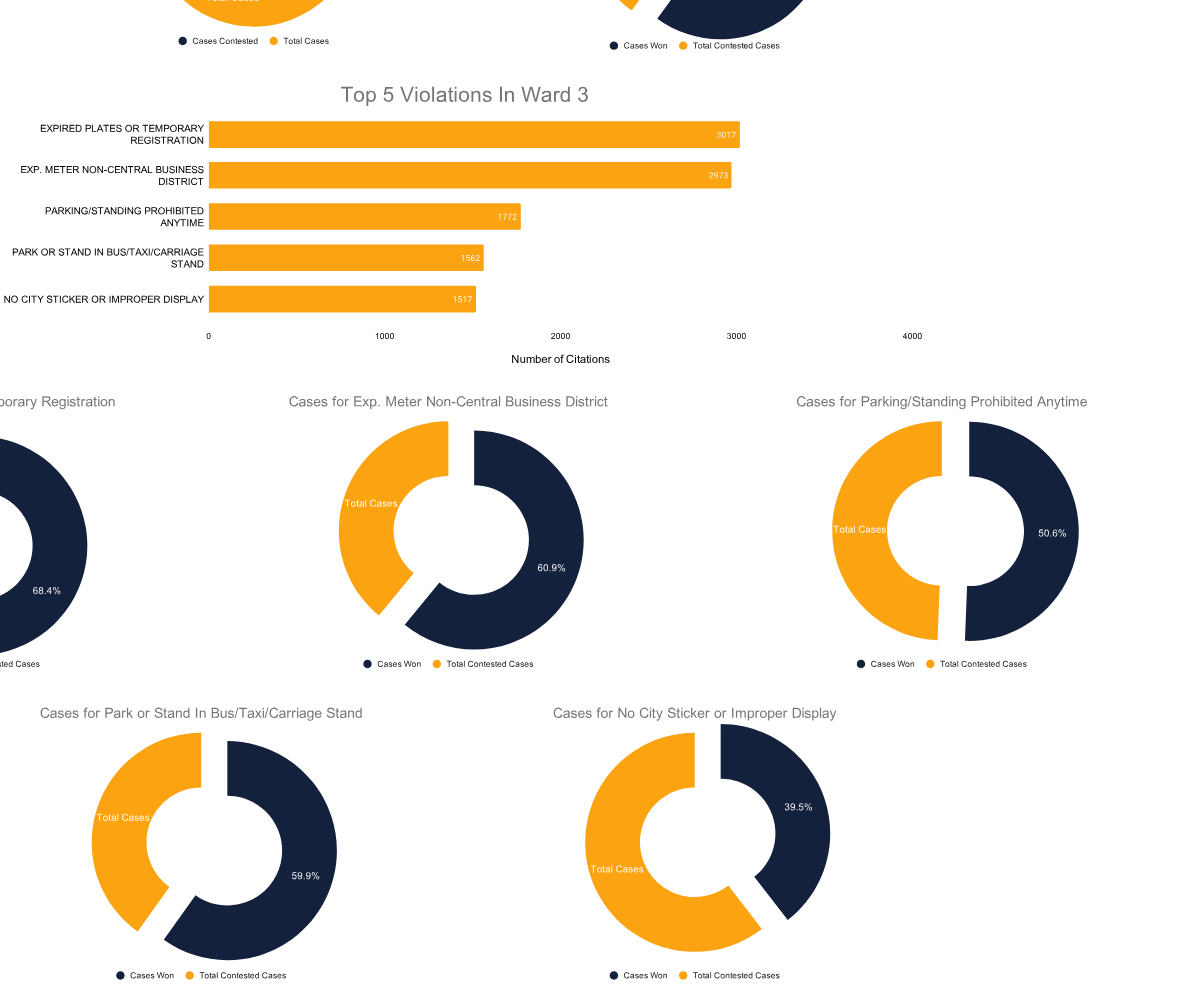
Repository: rdass1/COM421-FinalProject
Page: Website/index.html
An editor plug-in stored every save of this project. The page is shown before and after the next save, followed by the edit.
The browser window is 1280 px wide. The page is 1698 px wide, then 1348 px, then 1698 px, so the pictures cover 1698 px, including what lies to the right of the window. The pictures show the part of the page from y = 1426 to 2866 px (the page is 2866 px tall before and 2032 px after), at 70% of full size.

Above is the page before, as saved 2021-05-12 05:07:05.
Console error: TypeError: Cannot read properties of undefined (reading 'style')

### Website/index.html
<!DOCTYPE html>
<html>
    <head>
        <meta charset="UTF-8">
        <meta name="description" content="Take It To the Streets is a non-profit organization that helps people find information on how to fight their tickets. ">
        <meta name="author" content="Group 2">
        <meta name="viewport" content="width=device-width, initial-scale=1.0">
        <link rel="stylesheet" type="text/css" href="css/index.css">
        <script src="javascript/index.js"></script>
        <title>Take It To The Streets</title>
    </head>
    <body class = "container">
        <div class="header">
            <div id = "navbar">
                <nav>
                    <ul>
                        <li><a href="#about">About</a></li>
                        <li><a href="#statistics">Statistics</a></li>
                        <li><a href="#resources">Resources</a></li>
                        <li><a href="#contact">Contact</a></li>
                    </ul>

                </nav>
            </div>
        </div>
        <div id="home" class="home-image">
            <div id="title">
                <h1>Stand Your Ground</h1>
                <h2>Learn how you can fight back</h2>
            </div>

        </div>
        <div id="about">
            <h3>About</h3>
            <p>Have you ever received a ticket and we're unable pay the ticket? Did you know that you can contest all tickets you receive in court! This may seem like a very challenging task, but <em>Take It To The Streets</em> is here to help! We'll take you through the step by step process in order to fight for your ticket. We're on your side and will make sure you get the best possible outcome you can. Still not convinced? Check out the statistics in your area(ward 3). </p>
        </div>
        <div id="statistics" class="statistics-container">
            <div id="statistics-container-item-header"><h3>Statistics</h3></div>
            <div id="statistics-container-item-1">
                <img src="images/Cases Contested Vs Total Cases.svg">
            </div>
            <div id="statistics-container-item-2">
                <img src="images/Cases Won Vs Total Contested Cases.svg">
            </div>
            <div id="statistics-container-item-3">
                <img src="images/Top 5 Violations In Ward 3.svg">
            </div>

            <div id="statistics-container-item-4">
                <div class="statistics-container-item-4-flex">
                    <div class ="statistics-container-item-4-flex-container">
                        <img src="images/Cases for Expired Plates or Temporary Registration.svg">
                    </div>
                    <div class ="statistics-container-item-4-flex-container">
                        <img src="images/Cases for Exp. Meter Non-Central Business District.svg">
                    </div>
                    <div class ="statistics-container-item-4-flex-container">
                        <img src="images/Cases for Parking_Standing Prohibited Anytime.svg">
                    </div>

                </div>

            </div>
            <div id="statistics-container-item-5">
                <div class="statistics-container-item-4-flex">
                    <div class ="statistics-container-item-4-flex-container">
                        <img src="images/Cases for Park or Stand In Bus_Taxi_Carriage Stand.svg">
                    </div>
                    <div class ="statistics-container-item-4-flex-container">
                        <img src="images/Cases for No City Sticker or Improper Display.svg">
                    </div>

                </div>

            </div>
            <!-- <div id="statistics-container-item-7">

            </div>
            <div id="statistics-container-item-8">

            </div> -->
        </div>
    </body>
</html>

### Website/css/index.css
html{
    scroll-behavior: smooth;
    font-family: 'Gill Sans', 'Gill Sans MT', Calibri, 'Trebuchet MS', sans-serif;
}

.container{
    margin:0px;
    display:grid;
    grid-template-columns: 1fr;
}

.header{
    background-color: #fca311;
    width: 100%;
    display: flex;
    justify-content: flex-start;
    margin: 0px;
    padding: 0px;
    z-index: 100;
}

#navbar nav{
    display: flex;


}

#navbar ul{
    height:inherit;
    margin: 0px;
    padding: 0px;
    overflow: hidden;
    list-style: none;
}

#navbar li{
    margin: 0px;
    font-size: 1.5rem;
    float:left;

}

#navbar a{
    display: block;
    color: white;
    text-decoration: none;
    padding: 20px 20px 20px 20px;
}

#navbar li:hover{
    background-color: #cf323f;
}


.home-image{
    display: grid;
    width:100%;
    height:60vh;
    background-image: url("/Website//images/pic5.png");
    background-repeat: no-repeat;
    background-size: cover;
    background-position: 0% 100%;

    grid-template-columns: auto;
    grid-template-rows: auto;
    grid-template-areas:
    ". . . . . . ."
    ". . header . . . ."
    ". . . . . . ."
    ". . . . . . ."


    ;

}


#title{
    grid-area: header;
}

#title h1{
    font-size: 8rem;
    color:white;
    margin: 0px;
    padding: 0px;
    text-shadow: 2px 2px 15px #2e2e2e;
}

.home-image h2{
    margin: 0px;
    padding: 0px;
    font-size: 3rem;
    color:white;
    text-shadow: 2px 2px 15px #2e2e2e;
}





.home-image img{
    width: 100%;
    height: 60%;
    object-fit: cover;
    object-position: 0px 100%;
    z-index: 10;
}



#about h3{
    text-align: center;
    font-size: 3rem;
    margin-bottom:15px;
}

#about p{
    text-align: center;
    margin-top:0px;
    margin-left:60px;
    margin-right:60px;
    font-size: 2rem;
}

.statistics-container{
    margin:10px;
    display: grid;
    grid-template-rows: 0fr 1/3fr 1/3fr 1/3fr 1/3fr;
    grid-template-columns: 1fr 1fr;
    justify-content: center;
    justify-items: center;


}

.statistics-container-item{
    background-color:#cf323f;


}

.statistics-container-item img{
    width: 100%;
    height: 100%;
}

#statistics-container-item-header{
    grid-column: 1 / span 2;
    grid-row: 1 / 1;
    font-size: 3rem;
    text-align: center;



}

#statistics-container-item-1{
    grid-column: 1 / span 1;
    grid-row: 2/ 2;
}
#statistics-container-item-2{
    grid-column: 2 / span 2;
    grid-row: 2/ 2;
}
#statistics-container-item-3{
    grid-column: 1 / span 2;
    grid-row: 3/ 3;
}

#statistics-container-item-4{
    grid-column: 1 / span 2;
    grid-row: 4/ 4;
}
#statistics-container-item-5{
    grid-column: 1 / span 2;
    grid-row: 5/ 5;
}

.statistics-container-item-4-flex{
    display: flex;
}
.statistics-container-item-4-flex-container img{
    width: ;
    height: auto;
}

### Website/javascript/index.js
var slideIndex = 0;

showSlides();

function showSlides(){
    var i;
    var slides = document.getElementsByClassName("mySlides");
    var dots = document.getElementsByClassName("dot");
  for (i = 0; i < slides.length; i++) {
    slides[i].style.display = "none";
  }
  slideIndex++;
  if (slideIndex > slides.length) {slideIndex = 1}
  for (i = 0; i < dots.length; i++) {
    dots[i].className = dots[i].className.replace(" active", "");
  }
  slides[slideIndex-1].style.display = "block";
  dots[slideIndex-1].className += " active";
  setTimeout(showSlides, 2000);

  for(var i = 0; i<10; i++){
      console.log(i);
  }
}

After the next save:
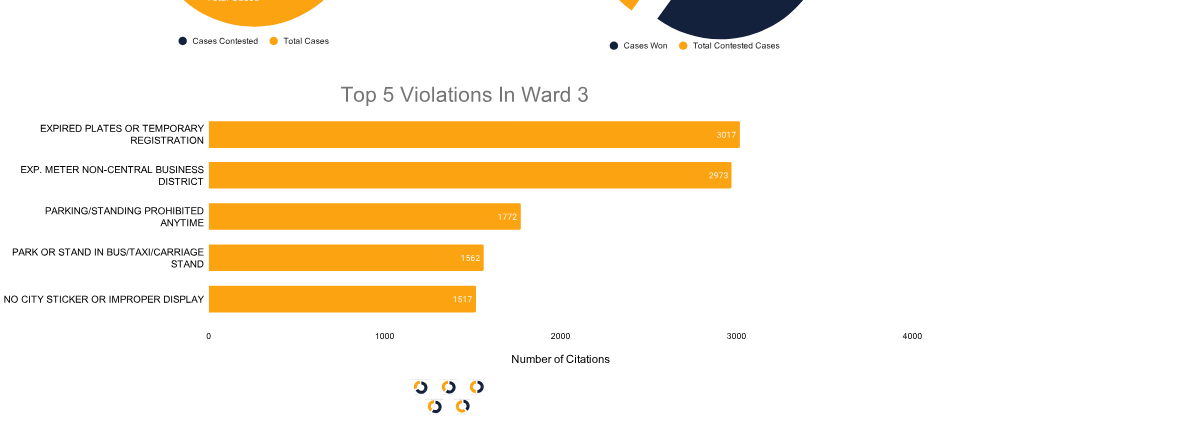
Saved 4 s later.
--- a/Website/css/index.css
+++ b/Website/css/index.css
@@ -181,6 +181,6 @@
     display: flex;
 }
 .statistics-container-item-4-flex-container img{
-    width: ;
+    width: 40px;
     height: auto;
 }

After the save that followed:
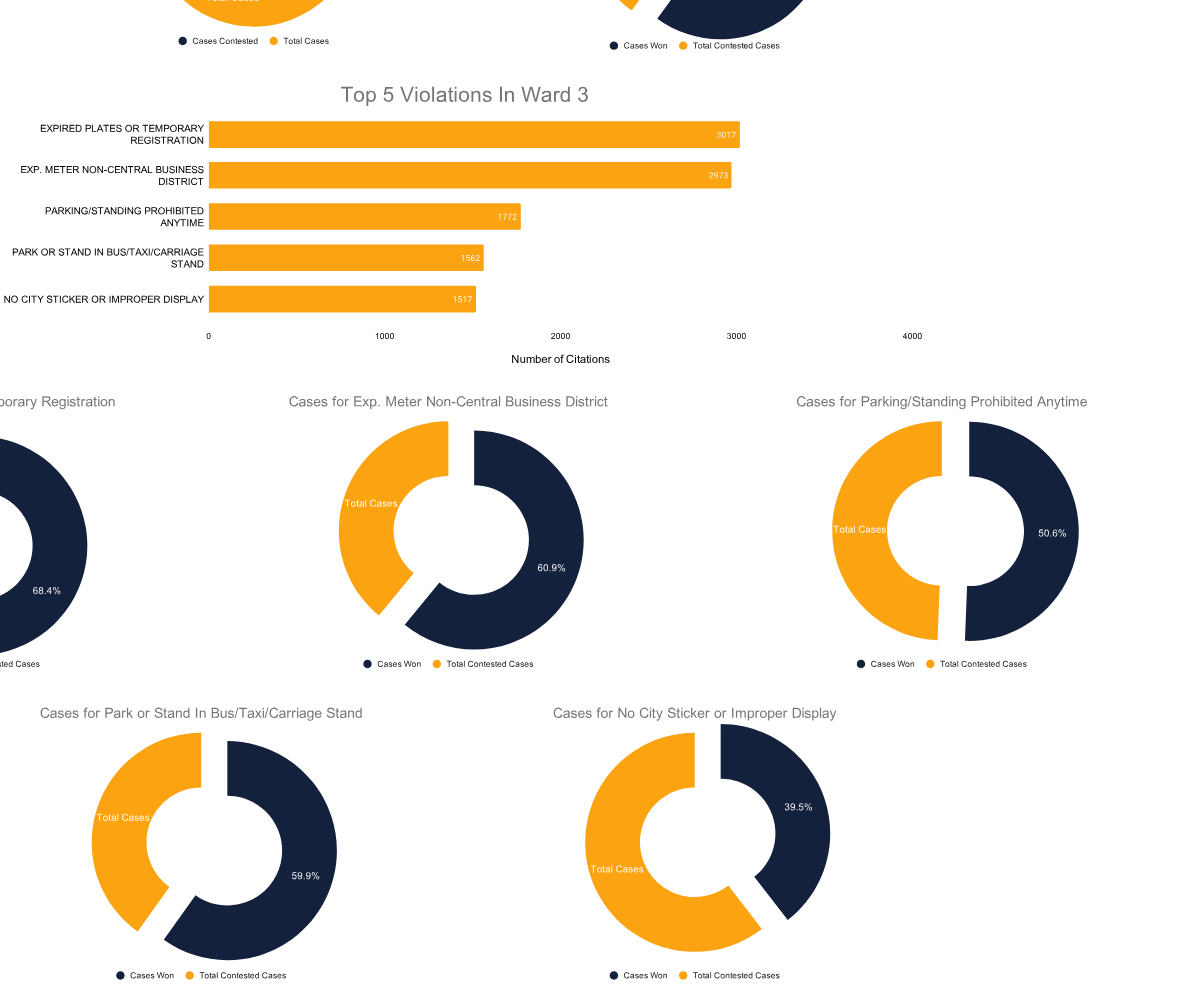
Saved 6 s later.
--- a/Website/css/index.css
+++ b/Website/css/index.css
@@ -181,6 +181,6 @@
     display: flex;
 }
 .statistics-container-item-4-flex-container img{
-    width: 40px;
+    width: 1;
     height: auto;
 }
